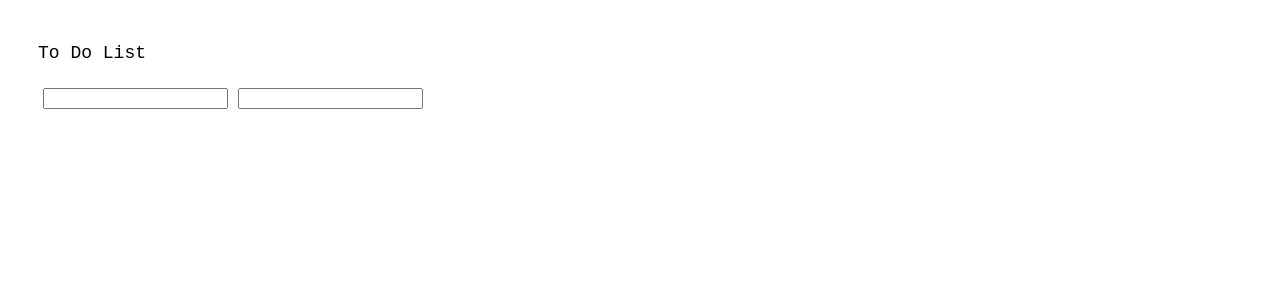
Repository: aknurkappar/nfactorial-web-advanced-todolist-homework
Page: / (app in front/toDoFront/)
An editor plug-in stored every save of this project. The page is shown before and after the next save, followed by the edit.
The browser window is 1280 px wide. The pictures show the whole page.
The page's requests for data from a server got no answer. The project was rebuilt for these pictures with package versions that can differ from the ones it lists, and the page was loaded fresh each time. No one was signed in, and anything a server would have sent is missing. Also part of the build but not shown: front/toDoFront/vite.config.ts, front/toDoFront/src/components/AddTaskComponent/index.css.

Above is the page before, as saved 2023-05-09 14:49:07.

After the next save:
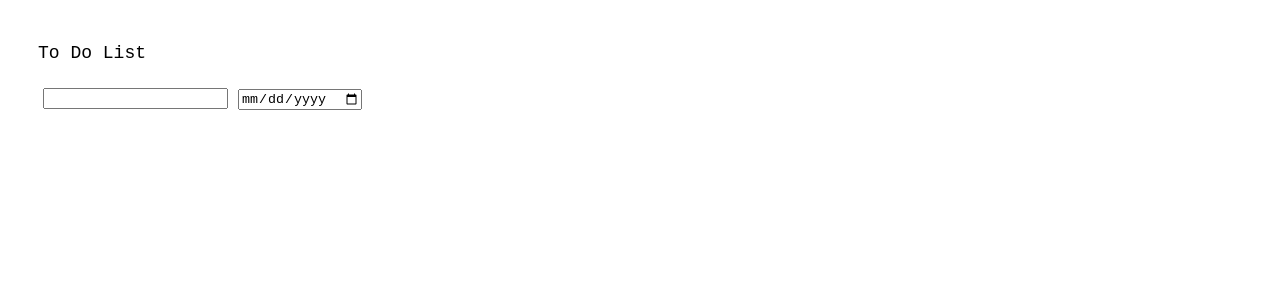
Saved 39 s later.
--- a/front/toDoFront/src/components/AddTaskComponent/index.tsx
+++ b/front/toDoFront/src/components/AddTaskComponent/index.tsx
@@ -5,7 +5,7 @@ function AddTaskComponent() {
   return (
     <form>
       <input type='text'/>
-      <input type=''/>
+      <input type='date'/>
     </form>
   )
 }
